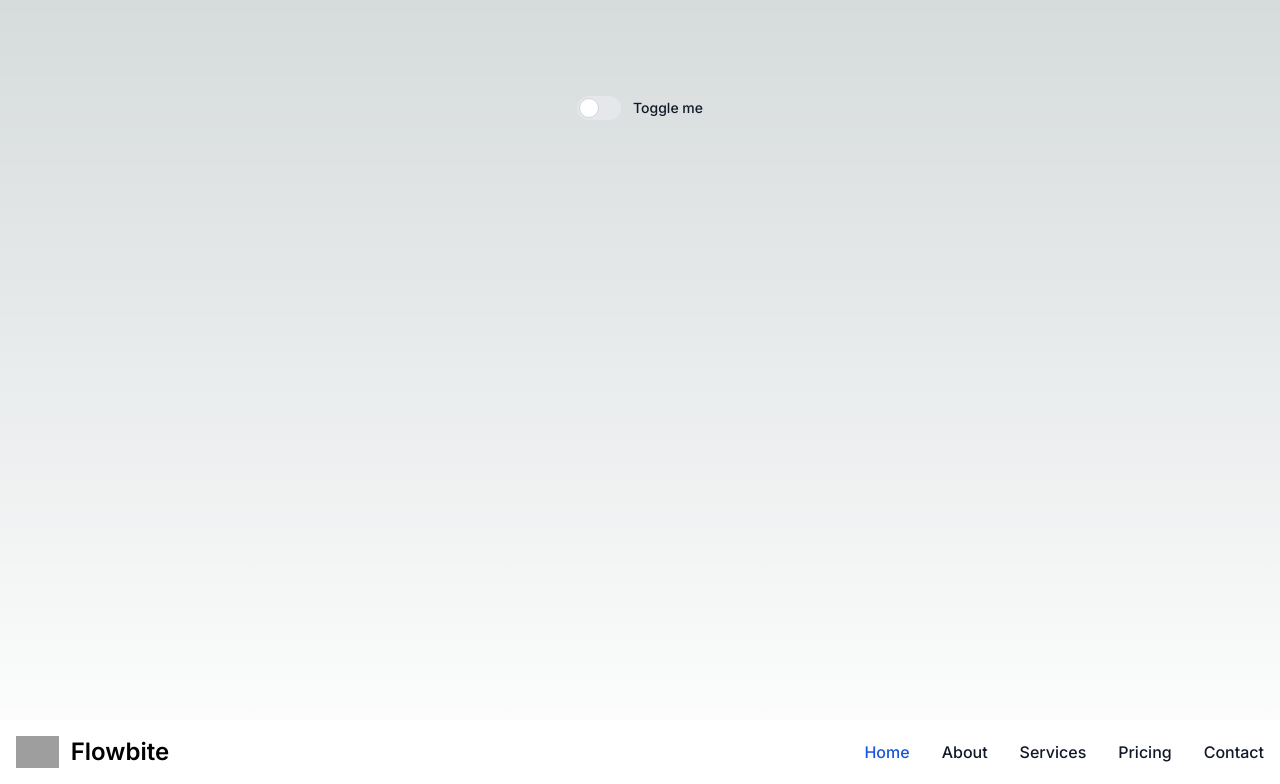
Repository: chapeee/Next-PortFolio-Site-Example-myselfraj-
Page: /
The author's editor kept a copy of each file at every save. The page is drawn from the files as they stood at one save, then again after the next save.
The browser window is 1280 px wide. The pictures show the whole page.
Pictures or frames that could not be fetched are drawn as grey boxes. The project was rebuilt for these pictures with package versions that can differ from the ones it lists, and the page was loaded fresh each time. The framework's server and built-in components were replaced by stand-ins that run in the browser. Also part of the build but not shown: next.config.mjs.

Above is the page before, as saved 2024-02-03 10:57:28.

### src/app/layout.tsx
import type { Metadata } from "next";
import { Inter } from "next/font/google";
import "./globals.css";

const inter = Inter({ subsets: ["latin"] });

export const metadata: Metadata = {
  title: "Create2  Next App",
  description: "Generated by create next app",
};

export default function RootLayout({
  children,
}: Readonly<{
  children: React.ReactNode;
}>) {
  return (
    <html lang="en">
      <body className={inter.className}>{children}</body>


<nav className="bg-white border-gray-200 dark:bg-gray-900">
  <div className="max-w-screen-xl flex flex-wrap items-center justify-between mx-auto p-4">
    <a href="https://flowbite.com/" className="flex items-center space-x-3 rtl:space-x-reverse">
        <img src="https://flowbite.com/docs/images/logo.svg" className="h-8" alt="Flowbite Logo" />
        <span className="self-center text-2xl font-semibold whitespace-nowrap dark:text-white">Flowbite</span>
    </a>
    <button data-collapse-toggle="navbar-default" type="button" className="inline-flex items-center p-2 w-10 h-10 justify-center text-sm text-gray-500 rounded-lg md:hidden hover:bg-gray-100 focus:outline-none focus:ring-2 focus:ring-gray-200 dark:text-gray-400 dark:hover:bg-gray-700 dark:focus:ring-gray-600" aria-controls="navbar-default" aria-expanded="false">
        <span className="sr-only">Open main menu</span>

    </button>
    <div className="hidden w-full md:block md:w-auto" id="navbar-default">
      <ul className="font-medium flex flex-col p-4 md:p-0 mt-4 border border-gray-100 rounded-lg bg-gray-50 md:flex-row md:space-x-8 rtl:space-x-reverse md:mt-0 md:border-0 md:bg-white dark:bg-gray-800 md:dark:bg-gray-900 dark:border-gray-700">
        <li>
          <a href="#" className="block py-2 px-3 text-white bg-blue-700 rounded md:bg-transparent md:text-blue-700 md:p-0 dark:text-white md:dark:text-blue-500" aria-current="page">Home</a>
        </li>
        <li>
          <a href="#" className="block py-2 px-3 text-gray-900 rounded hover:bg-gray-100 md:hover:bg-transparent md:border-0 md:hover:text-blue-700 md:p-0 dark:text-white md:dark:hover:text-blue-500 dark:hover:bg-gray-700 dark:hover:text-white md:dark:hover:bg-transparent">About</a>
        </li>
        <li>
          <a href="#" className="block py-2 px-3 text-gray-900 rounded hover:bg-gray-100 md:hover:bg-transparent md:border-0 md:hover:text-blue-700 md:p-0 dark:text-white md:dark:hover:text-blue-500 dark:hover:bg-gray-700 dark:hover:text-white md:dark:hover:bg-transparent">Services</a>
        </li>
        <li>
          <a href="#" className="block py-2 px-3 text-gray-900 rounded hover:bg-gray-100 md:hover:bg-transparent md:border-0 md:hover:text-blue-700 md:p-0 dark:text-white md:dark:hover:text-blue-500 dark:hover:bg-gray-700 dark:hover:text-white md:dark:hover:bg-transparent">Pricing</a>
        </li>
        <li>
          <a href="#" className="block py-2 px-3 text-gray-900 rounded hover:bg-gray-100 md:hover:bg-transparent md:border-0 md:hover:text-blue-700 md:p-0 dark:text-white md:dark:hover:text-blue-500 dark:hover:bg-gray-700 dark:hover:text-white md:dark:hover:bg-transparent">Contact</a>
        </li>
      </ul>
    </div>
  </div>
</nav>

    </html>
  );
}

### src/app/page.tsx
import Image from "next/image";

export default function Home() {
  return (
    <main className="flex min-h-screen flex-col items-center justify-between p-24">
    <label className="relative inline-flex items-center cursor-pointer">
  <input type="checkbox" value="" className="sr-only peer" />
  <div className="w-11 h-6 bg-gray-200 peer-focus:outline-none peer-focus:ring-4 peer-focus:ring-blue-300 dark:peer-focus:ring-blue-800 rounded-full peer dark:bg-gray-700 peer-checked:after:translate-x-full rtl:peer-checked:after:-translate-x-full peer-checked:after:border-white after:content-[''] after:absolute after:top-[2px] after:start-[2px] after:bg-white after:border-gray-300 after:border after:rounded-full after:h-5 after:w-5 after:transition-all dark:border-gray-600 peer-checked:bg-blue-600"></div>
  <span className="ms-3 text-sm font-medium text-gray-900 dark:text-gray-300">Toggle me</span>
</label>
    </main>
  );
}

### tailwind.config.ts
import type { Config } from "tailwindcss";

const config: Config = {
  content: [
    "./node_modules/flowbite-react/lib/**/*.js",
    "./src/pages/**/*.{js,ts,jsx,tsx,mdx}",
    "./src/components/**/*.{js,ts,jsx,tsx,mdx}",
    "./src/app/**/*.{js,ts,jsx,tsx,mdx}",
  ],
  theme: {
    extend: {
      backgroundImage: {
        "gradient-radial": "radial-gradient(var(--tw-gradient-stops))",
        "gradient-conic":
          "conic-gradient(from 180deg at 50% 50%, var(--tw-gradient-stops))",
      },
    },
  },
  plugins: [
    require("flowbite/plugin")
  ],
};
export default config;

Loaded but not shown: src/app/globals.css (common file)

After the next save:
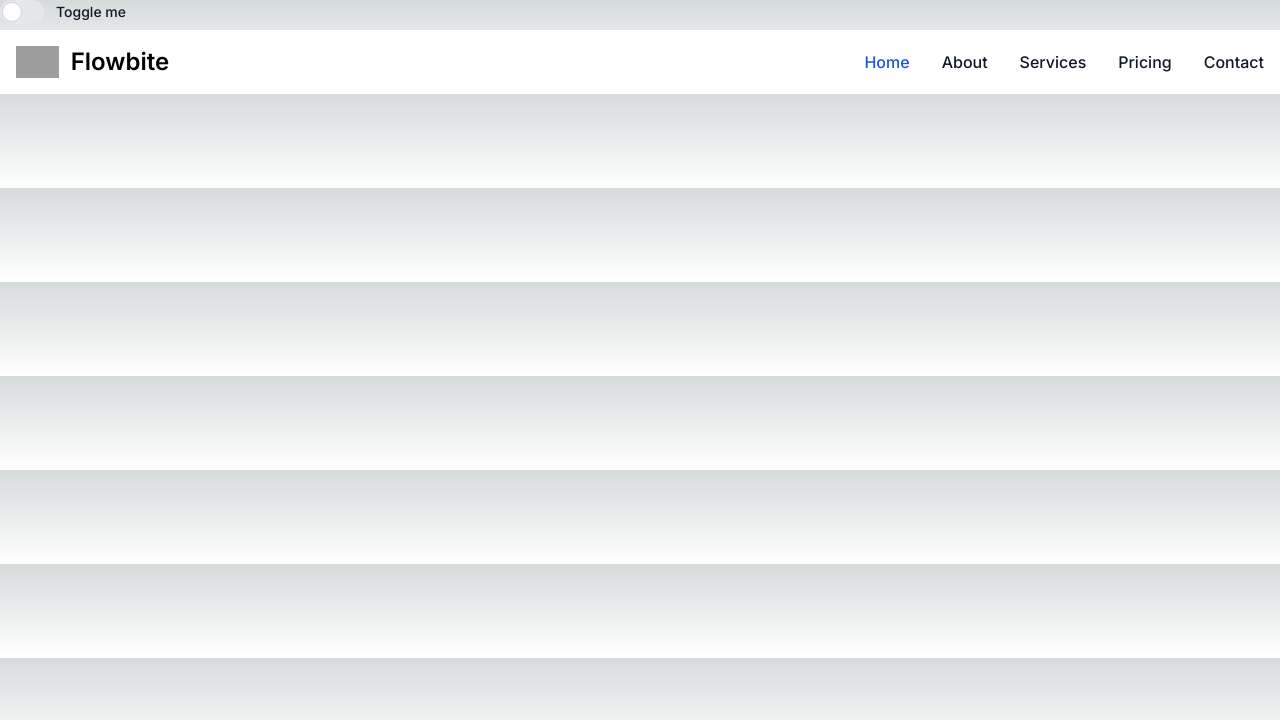
Saved 2 min 53 s later.
--- a/src/app/page.tsx
+++ b/src/app/page.tsx
@@ -2,7 +2,7 @@ import Image from "next/image";
 
 export default function Home() {
   return (
-    <main className="flex min-h-screen flex-col items-center justify-between p-24">
+    <main className="">
     <label className="relative inline-flex items-center cursor-pointer">
   <input type="checkbox" value="" className="sr-only peer" />
   <div className="w-11 h-6 bg-gray-200 peer-focus:outline-none peer-focus:ring-4 peer-focus:ring-blue-300 dark:peer-focus:ring-blue-800 rounded-full peer dark:bg-gray-700 peer-checked:after:translate-x-full rtl:peer-checked:after:-translate-x-full peer-checked:after:border-white after:content-[''] after:absolute after:top-[2px] after:start-[2px] after:bg-white after:border-gray-300 after:border after:rounded-full after:h-5 after:w-5 after:transition-all dark:border-gray-600 peer-checked:bg-blue-600"></div>
